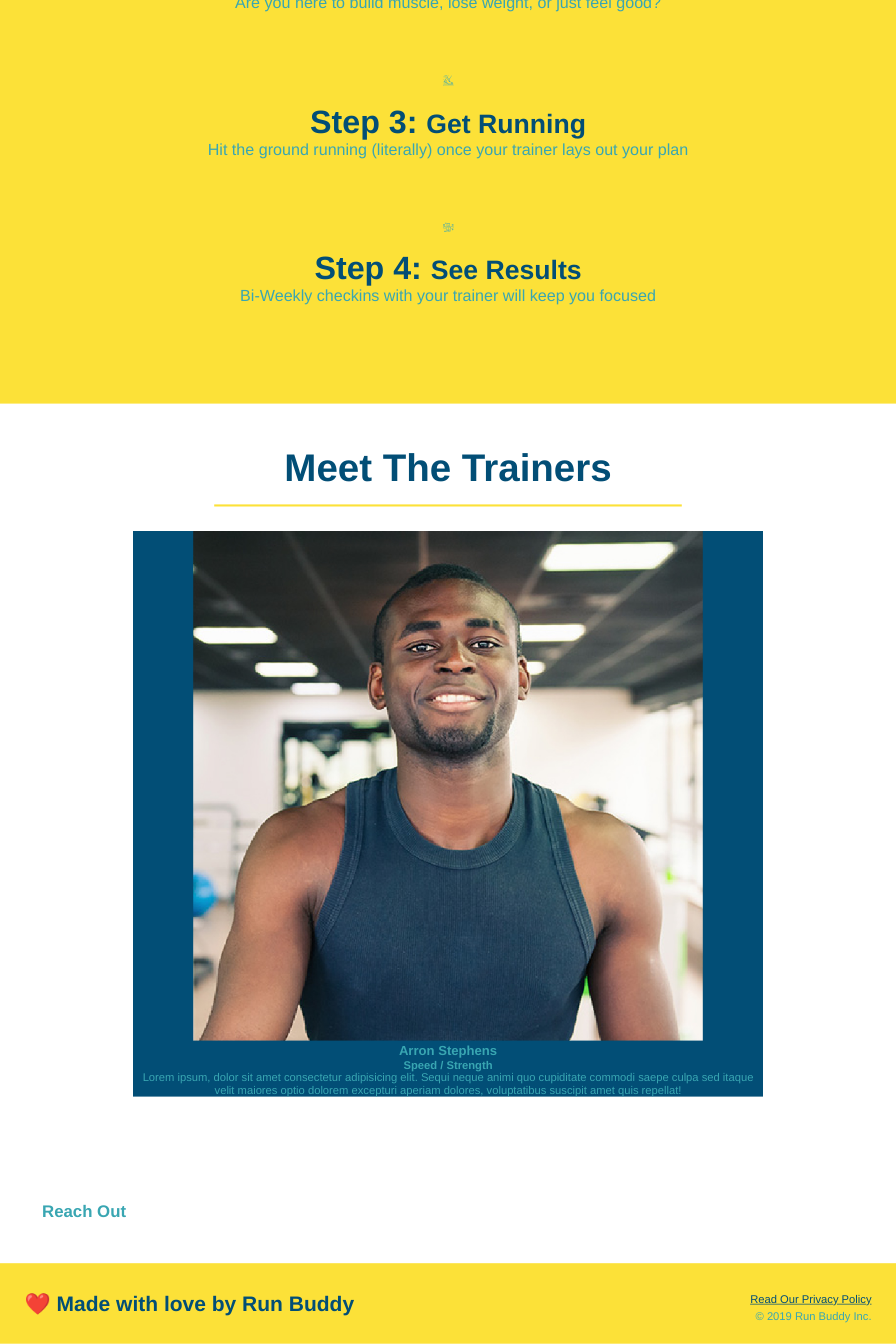
Repository: symlara/run-buddy
Page: index.html
The author's editor kept a copy of each file at every save. The page is drawn from the files as they stood at one save, then again after a run of saves.
The browser window is 1280 px wide. The pictures show the part of the page from y = 1681 to 3601 px (the page is 3601 px tall), at 70% of full size.

Above is the page before, as saved 2020-12-10 13:58:13.

After the next 3 saves:
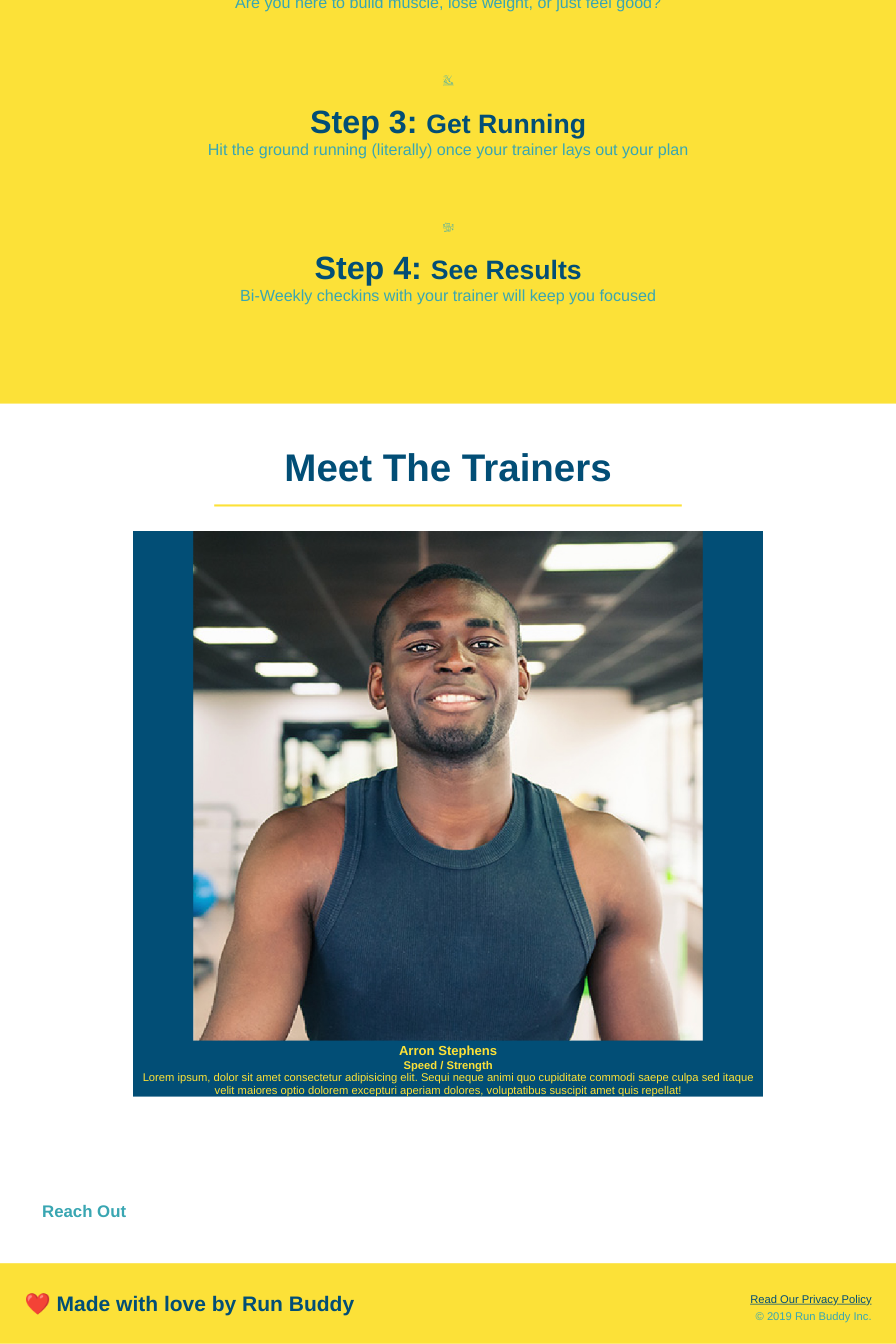
The 3 saves are shown as one change because they came seconds apart.
The last was saved 8 s later.
--- a/assets/css/style.css
+++ b/assets/css/style.css
@@ -200,4 +200,5 @@ section {
     width: 900px;
     margin: 0 auto 30px auto;
     background: #024e76;
-}
+    color: #fce138;
+}
